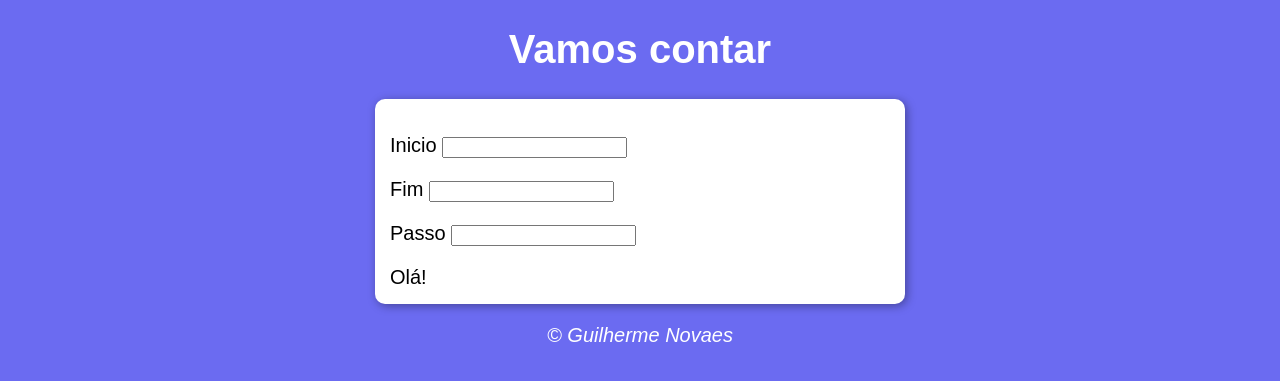
Repository: Guilherme-RNovaes/JavaScript-Curso
Page: Aula 14ex/ex016/index.html
The author's editor kept a copy of each file at every save. The page is drawn from the files as they stood at one save, then again after the next save.
The browser window is 1280 px wide. The pictures show the whole page.

Above is the page before, as saved 2022-09-07 10:21:30.

After the next save:
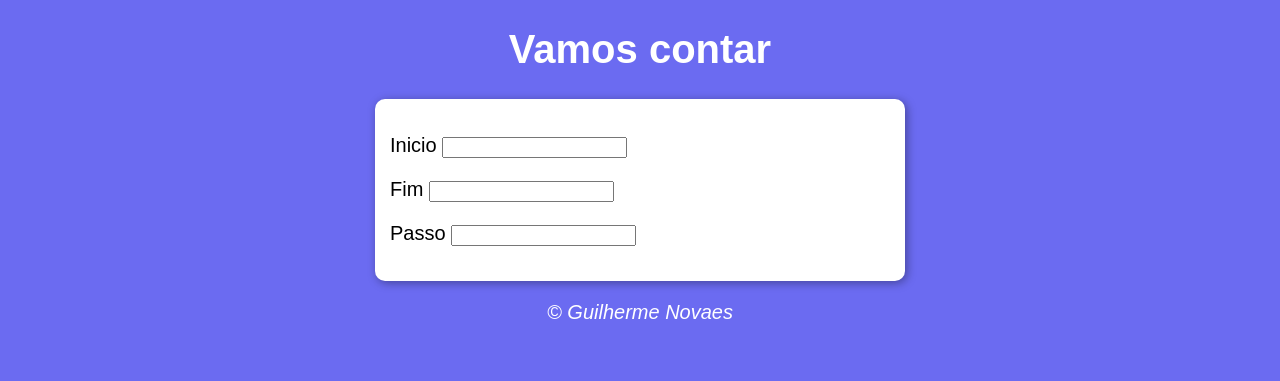
Saved 66 s later.
--- a/Aula 14ex/ex016/index.html
+++ b/Aula 14ex/ex016/index.html
@@ -18,7 +18,7 @@
             <p>Passo <input type="number" name="passon" id="passon"></p>
         </div>
         <div>
-            Olá!
+
         </div>
     </section>
     <footer>
